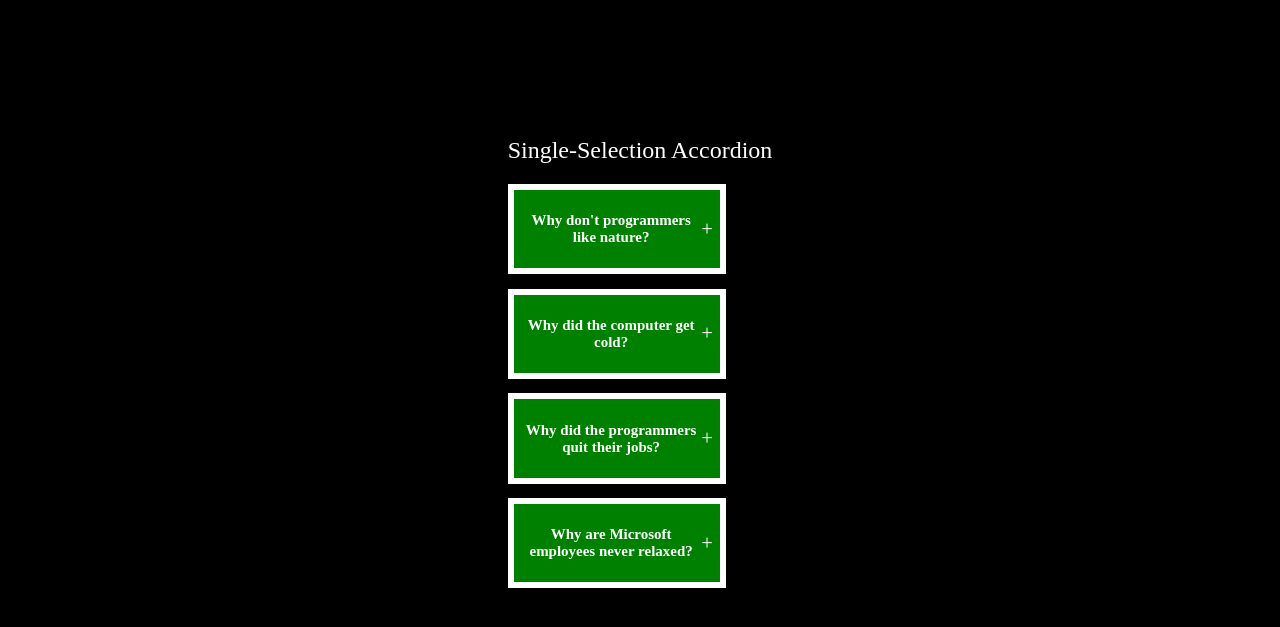
Repository: kosenijr/react-projects
Page: / (app in accordion/)
An editor plug-in stored every save of this project. The page is shown before and after the next save, followed by the edit.
The browser window is 1280 px wide. The pictures show the whole page.
The project was rebuilt for these pictures with package versions that can differ from the ones it lists, and the page was loaded fresh each time.

Above is the page before, as saved 2024-03-03 01:27:41.

After the next save:
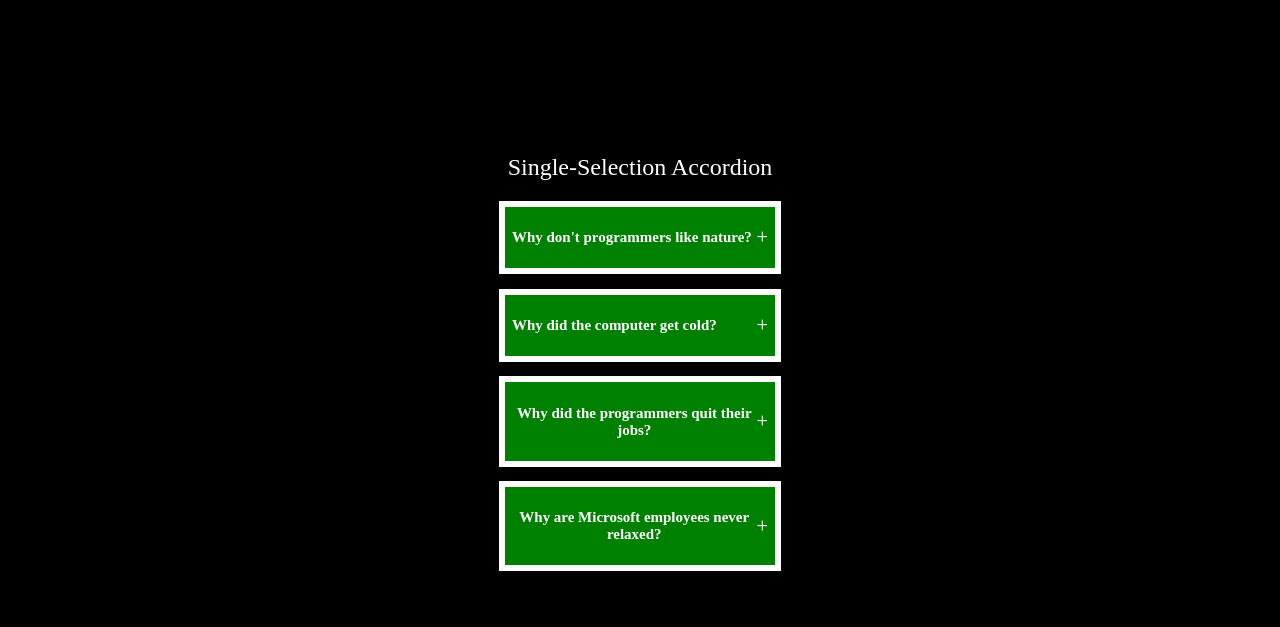
Saved 7 s later.
--- a/accordion/src/styles/SingleSelection.css
+++ b/accordion/src/styles/SingleSelection.css
@@ -20,7 +20,7 @@
   font-family: "Raleway", "Times New Roman";
   margin: 2vh 0;
   padding: 1vh;
-  width: 15vw;
+  width: 20vw;
   border: 0.5em solid white;
   cursor: pointer;
 }
